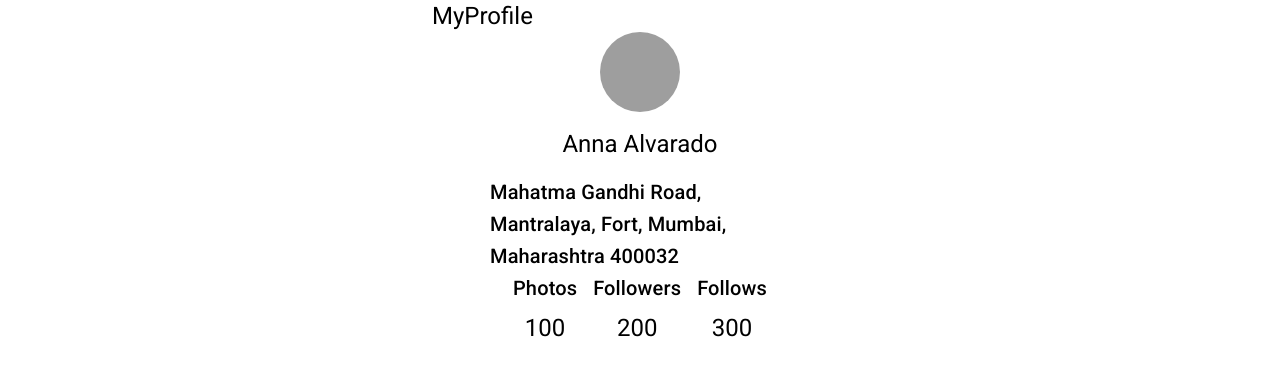
Repository: GokulDev4U/Immence_task
Page: /myProfile
These files come from the project's save history. The page is drawn as it stood at one moment and after the next save; the edit follows.
The browser window is 1280 px wide. The pictures show the whole page.
Pictures or frames that could not be fetched are drawn as grey boxes. The project was rebuilt for these pictures with package versions that can differ from the ones it lists, and the page was loaded fresh each time. Also part of the build but not shown: src/App.css, src/components/SinglePost/SinglePost.jsx, src/data/posts.js, src/components/Home/Home.jsx, src/data/userdata.js, src/components/ConversationList/ConversationList.jsx, src/components/Conversation/Conversation.jsx.

Above is the page before, as saved 2022-05-07 17:44:50.

After the next save:
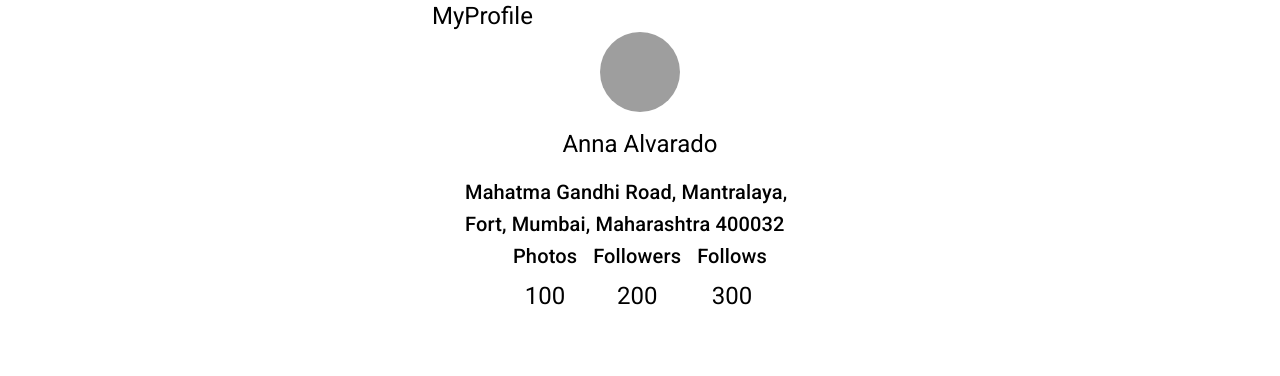
Saved 7 s later.
--- a/src/components/MyProfile/MyProfile.jsx
+++ b/src/components/MyProfile/MyProfile.jsx
@@ -17,7 +17,7 @@ const MyProfile = () => {
                     <Stack direction="column" spacing={2} sx={{ alignItems: 'center' }}>
                         <Avatar alt="Remy Sharp" sx={{ width: 80, height: 80 }} src="https://static.remove.bg/remove-bg-web/a8b5118d623a6b3f4b7813a78c686de384352145/assets/start_remove-c851bdf8d3127a24e2d137a55b1b427378cd17385b01aec6e59d5d4b5f39d2ec.png" />
                         <Typography variant="h5">Anna Alvarado</Typography>
-                        <Typography variant="h6" sx={{ maxWidth: 300 }}>Mahatma Gandhi Road, Mantralaya, Fort, Mumbai, Maharashtra 400032</Typography>
+                        <Typography variant="h6" sx={{ maxWidth: 350 }}>Mahatma Gandhi Road, Mantralaya, Fort, Mumbai, Maharashtra 400032</Typography>
                     </Stack>
                     <Stack direction="row" spacing={2} sx={{ justifyContent: 'center' }}>
                         <Card text="Photos" number="100" />
